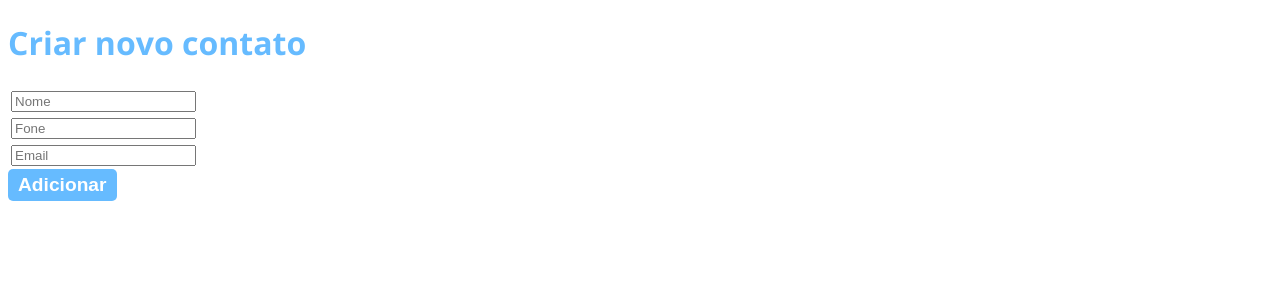
Repository: sergiotales1/agendactt-java
Page: http://localhost/agenda/novo.html
The author's editor kept a copy of each file at every save. The page is drawn from the files as they stood at one save, then again after the next save.
The browser window is 1280 px wide. The pictures show the whole page.
The page is served by Tomcat 9. Other server files are loaded and not shown.

Above is the page before, as saved 2023-11-25 18:54:53.

### agenda/src/main/webapp/novo.html
<!DOCTYPE html>
<html lang="pt-br">

<head>
	<meta charset="UTF-8">
	<title>Agenda de contatos</title>
	<link rel="icon" href="imagens/favicon.png">
	<link rel="stylesheet" href="style.css">
</head>

<body>
	<h1>Criar novo contato</h1>
	<form name="frmContato" action="">
		<table>
			<tr>
				<td><input type="text" name="nome" placeholder="Nome" class="Caixa1"></td>
			</tr>
			<tr>

				<td><input type="text" name="fone" placeholder="Fone"></td>
			</tr>
			<tr>
				<td><input type="text" name="email" placeholder="Email" class="Caixa1"></td>
			</tr>
		</table>
		<input type="button" value="Adicionar" class="Botao1">
	</form>
</body>

</html>

### agenda/src/main/webapp/style.css
@charset "UTF-8";
@import url('https://fonts.googleapis.com/css2?family=Open+Sans:wght@400;700&display=swap');

body {
	font-family: 'Open Sans', sans-serif;
	font-size: 1em;
	font-weight: 400;
}

h1{
	color: #66bbff;
}

.Botao1{
	text-decoration: none;
	background-color: #66bbff;
	padding: 5px 10px;
	color:#fff;
	font-size: 1.2em;
	font-weight: 700;
	border-radius: 5px;
	border: none;
	cursor: pointer;
}

After the next save:
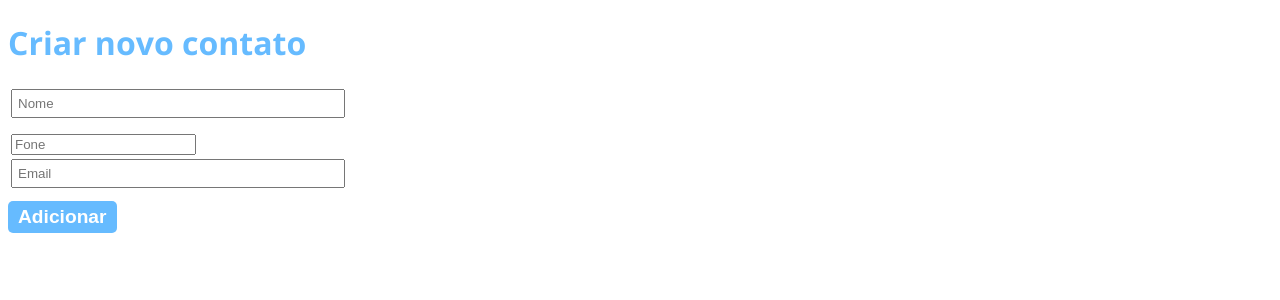
Saved 5 min 53 s later.
--- a/agenda/src/main/webapp/style.css
+++ b/agenda/src/main/webapp/style.css
@@ -22,3 +22,9 @@ h1{
 	border: none;
 	cursor: pointer;
 }
+
+.Caixa1 {
+	width: 320px;
+	padding: 5px;
+	margin-bottom: 10px;
+}
